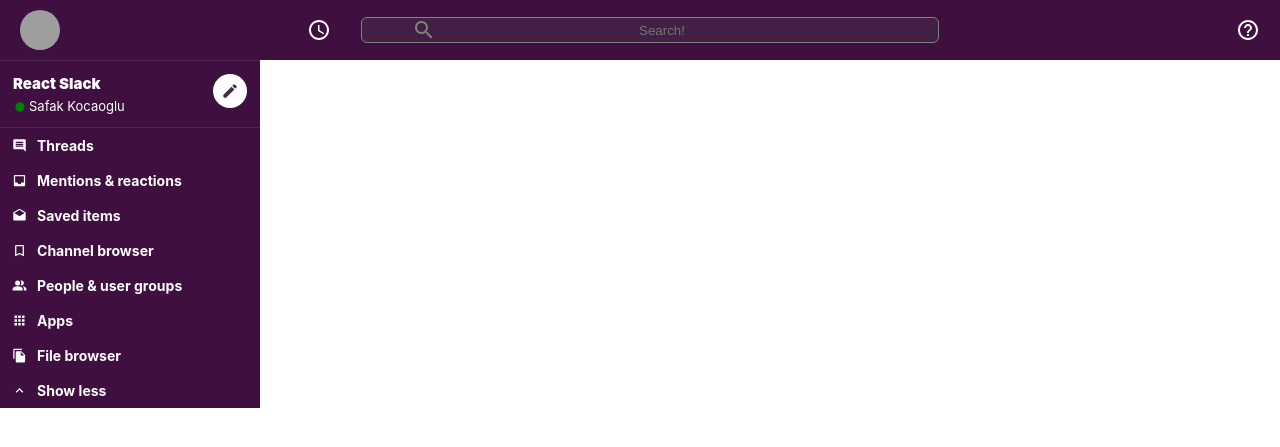
Repository: mminhaz93/React-Slack-Clone
Page: /
An editor plug-in stored every save of this project. The page is shown before and after the next save, followed by the edit.
The browser window is 1280 px wide. The pictures show the whole page.
Pictures or frames that could not be fetched are drawn as grey boxes. The project was rebuilt for these pictures with package versions that can differ from the ones it lists, and the page was loaded fresh each time.

Above is the page before, as saved 2020-08-13 21:29:20.

### src/index.css
* {
  margin: 0;
}

body {
  margin: 0;
  font-family: -apple-system, BlinkMacSystemFont, 'Segoe UI', 'Roboto', 'Oxygen',
    'Ubuntu', 'Cantarell', 'Fira Sans', 'Droid Sans', 'Helvetica Neue',
    sans-serif;
  -webkit-font-smoothing: antialiased;
  -moz-osx-font-smoothing: grayscale;
}

code {
  font-family: source-code-pro, Menlo, Monaco, Consolas, 'Courier New',
    monospace;
}

### src/App.js
import React from 'react';
import './App.css';
import Header from "./components/Header"
import Sidebar from "./components/Sidebar"

function App() {
  return (
    <div className="App">
      <Header />
      <div className="appBody">
        <Sidebar />
      </div>
    </div>
  );
}

export default App;

### src/components/Header.js
import React from "react";
import "./Header.css";
import { Avatar } from "@material-ui/core";
import { AccessTime, Search, HelpOutline } from "@material-ui/icons";

const Header = () => {
  return (
    <div className="header">
      <div className="headerLeft">
        <Avatar className="headerAvatar" alt="Safak" src="safak" />
        <AccessTime />
      </div>
      <div className="headerSearch">
        <Search />
        <input placeholder="Search!" />
      </div>
      <div className="headerRight">
        <HelpOutline />
      </div>
    </div>
  );
};

export default Header;

### src/components/Sidebar.js
import React from "react";
import "./Sidebar.css";
import {
  FiberManualRecord,
  Create,
  InsertComment,
  Inbox,
  Drafts,
  BookmarkBorder,
  PeopleAlt,
  Apps,
  FileCopy,
  ExpandLess,
} from "@material-ui/icons";
import SidebarOption from "./SidebarOption";

const Sidebar = () => {
  return (
    <div className="sidebar">
      <div className="sidebarHeader">
        <div className="sidebarInfo">
          <h2>React Slack</h2>
          <h3>
            <FiberManualRecord />
            Safak Kocaoglu
          </h3>
        </div>
        <Create />
      </div>
      <SidebarOption Icon={InsertComment} title="Threads" />
      <SidebarOption Icon={Inbox} title="Mentions & reactions" />
      <SidebarOption Icon={Drafts} title="Saved items" />
      <SidebarOption Icon={BookmarkBorder} title="Channel browser" />
      <SidebarOption Icon={PeopleAlt} title="People & user groups" />
      <SidebarOption Icon={Apps} title="Apps" />
      <SidebarOption Icon={FileCopy} title="File browser" />
      <SidebarOption Icon={ExpandLess} title="Show less" />
    </div>
  );
};

export default Sidebar;

### src/components/Header.css
.header {
  display: flex;
  align-items: center;
  justify-content: space-between;
  padding: 10px 0;
  background-color: var(--slack-color);
  color: white;
}

.headerLeft {
  flex: 0.3;
  display: flex;
  align-items: center;
  margin-left: 20px;
}

.headerLeft > .MuiSvgIcon-root {
  margin-left: auto;
  margin-right: 30px;
}

.headerSearch {
  flex: 0.4;
  background-color: #421f44;
  text-align: center;
  display: flex;
  padding: 0 50px;
  color: gray;
  border: 1px solid gray;
  border-radius: 6px;
}

.headerSearch > input {
  background-color: transparent;
  border: none;
  text-align: center;
  min-width: 35vw;
}

.headerRight {
  flex: 0.3;
  display: flex;
  align-items: flex-end;
}

.headerRight > .MuiSvgIcon-root {
    margin-left: auto;
    margin-right: 20px;
  }

### src/components/Sidebar.css
.sidebar {
  background-color: var(--slack-color);
  border-top: 1px solid #49274b;
  max-width: 260px;
  color: white;
}

.sidebarHeader {
  display: flex;
  border-bottom: 1px solid #49274b;
  padding-bottom: 10px;
  padding: 13px;
}

.sidebarInfo {
  flex: 1;
}

.sidebarInfo > h2 {
  font-size: 15px;
  font-weight: 900;
  margin-bottom: 5px;
}

.sidebarInfo > h3 {
  display: flex;
  align-items: center;
  font-size: 13px;
  font-weight: 400;
}

.sidebarInfo > h3 > .MuiSvgIcon-root {
  font-size: 14px;
  margin-top: 1px;
  margin-right: 2px;
  color: green;
}

.sidebarHeader > .MuiSvgIcon-root {
  padding: 8px;
  color: #49274b;
  font-size: 18px;
  background-color: white;
  border-radius: 999px;
}

### src/components/SidebarOption.js
import React from "react";
import "./SidebarOption.css";

const SidebarOption = ({ Icon, title }) => {
  return (
    <div className="sidebarOption">
      {Icon && <Icon className="sidebarOptionIcon" />}
      {Icon ? <h3>{title}</h3> : <h3 className="SidebarOptionChannel"><span className="SidebarOptionHash">#</span> {title}</h3>}
    </div>
  );
};

export default SidebarOption;

### src/components/SidebarOption.css
.sidebarOption {
  display: flex;
  align-items: center;
  font-size: 12px;
  padding-left: 2px;
  cursor: pointer;
}

.sidebarOption:hover {
  opacity: 0.9;
  background-color: #340e36;
}

.sidebarOptionIcon {
  padding: 10px;
  font-size: 15px !important;
}

.SidebarOptionChannel {
  padding: 10px 0;
}

.SidebarOptionHash{
    padding: 10px;
}

.SidebarOption > h3 {
    font-weight: 200;
}

Loaded but not shown: public/index.html (common file); src/index.js (common file); src/serviceWorker.js (common file); src/App.css (common file)

After the next save:
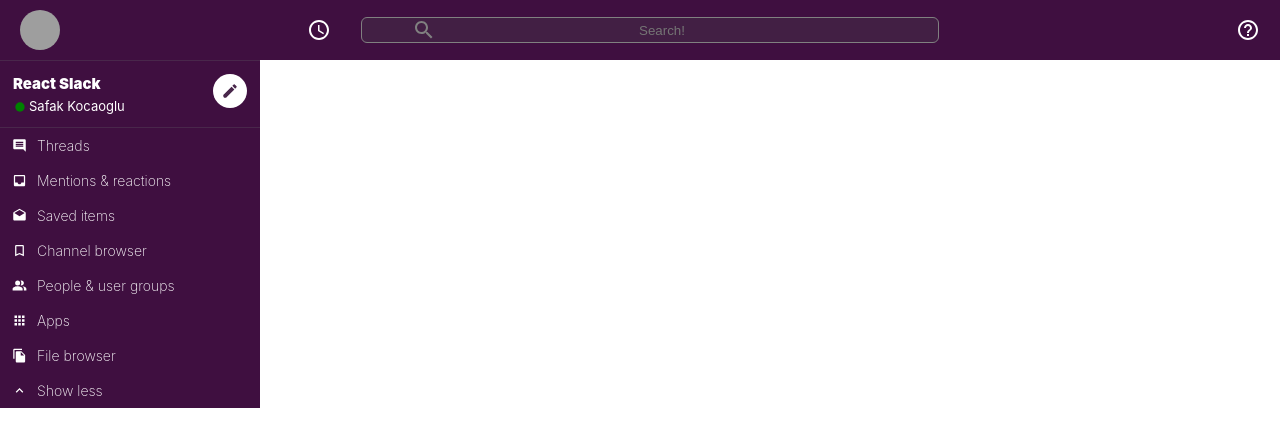
Saved 14 s later.
--- a/src/components/SidebarOption.css
+++ b/src/components/SidebarOption.css
@@ -24,6 +24,6 @@
     padding: 10px;
 }
 
-.SidebarOption > h3 {
+.sidebarOption > h3 {
     font-weight: 200;
 }
